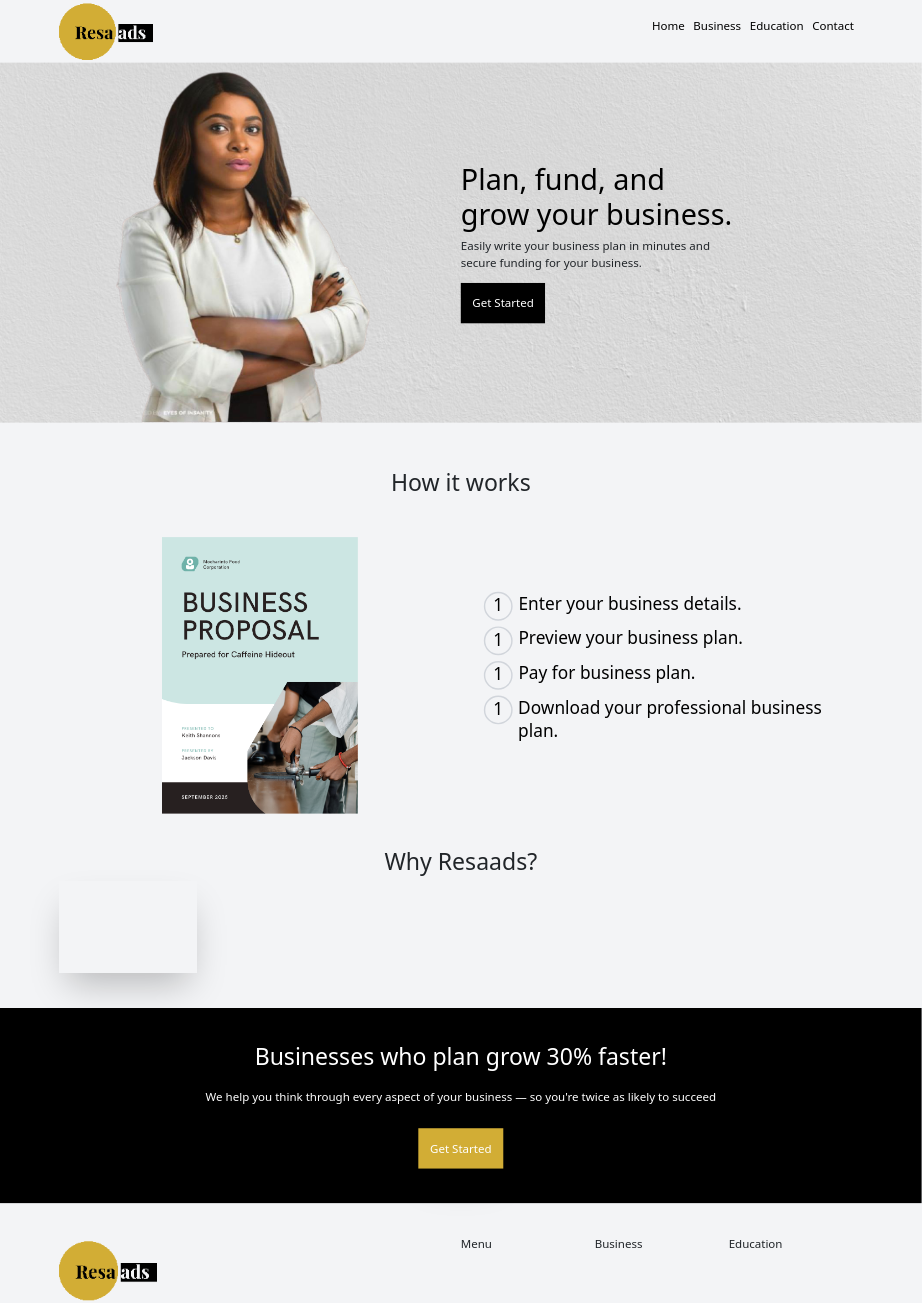
Repository: latenightsnacc/resaads-consults
Page: index.html
These files come from the project's save history. The page is drawn as it stood at one moment and after the next save; the edit follows.
The browser window is 1280 px wide. The pictures show the whole page, at 72% of full size.
Some web libraries are served in a nearby version.

Above is the page before, as saved 2021-08-05 12:16:51.

After the next save:
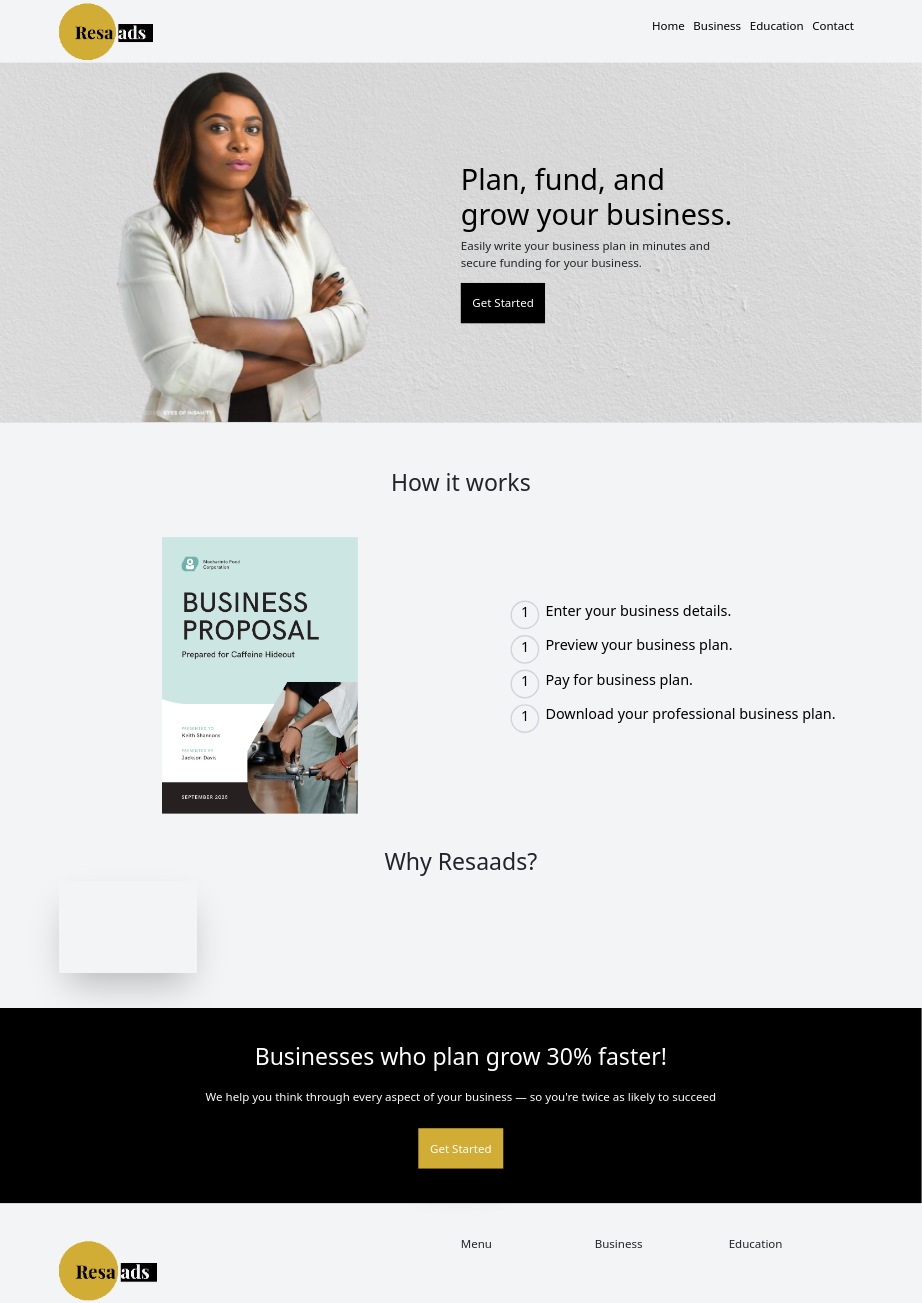
Saved 28 s later.
--- a/index.html
+++ b/index.html
@@ -89,7 +89,7 @@
                     </div>
                     <div class="w-1/2 ">
                         <div class="flex h-full flex-col items-center justify-center">
-                            <ol class="text-2xl">
+                            <ol class="text-xl">
                                 <li class="mb-2 text-black flex flex-row group">
                                     <span class="d-block w-10 h-10 border-gray-300 border-2 rounded-full text-center pb-3 mr-2 group-hover:border-yellow-800">1</span><span>Enter your business details.</span>
                                 </li>
